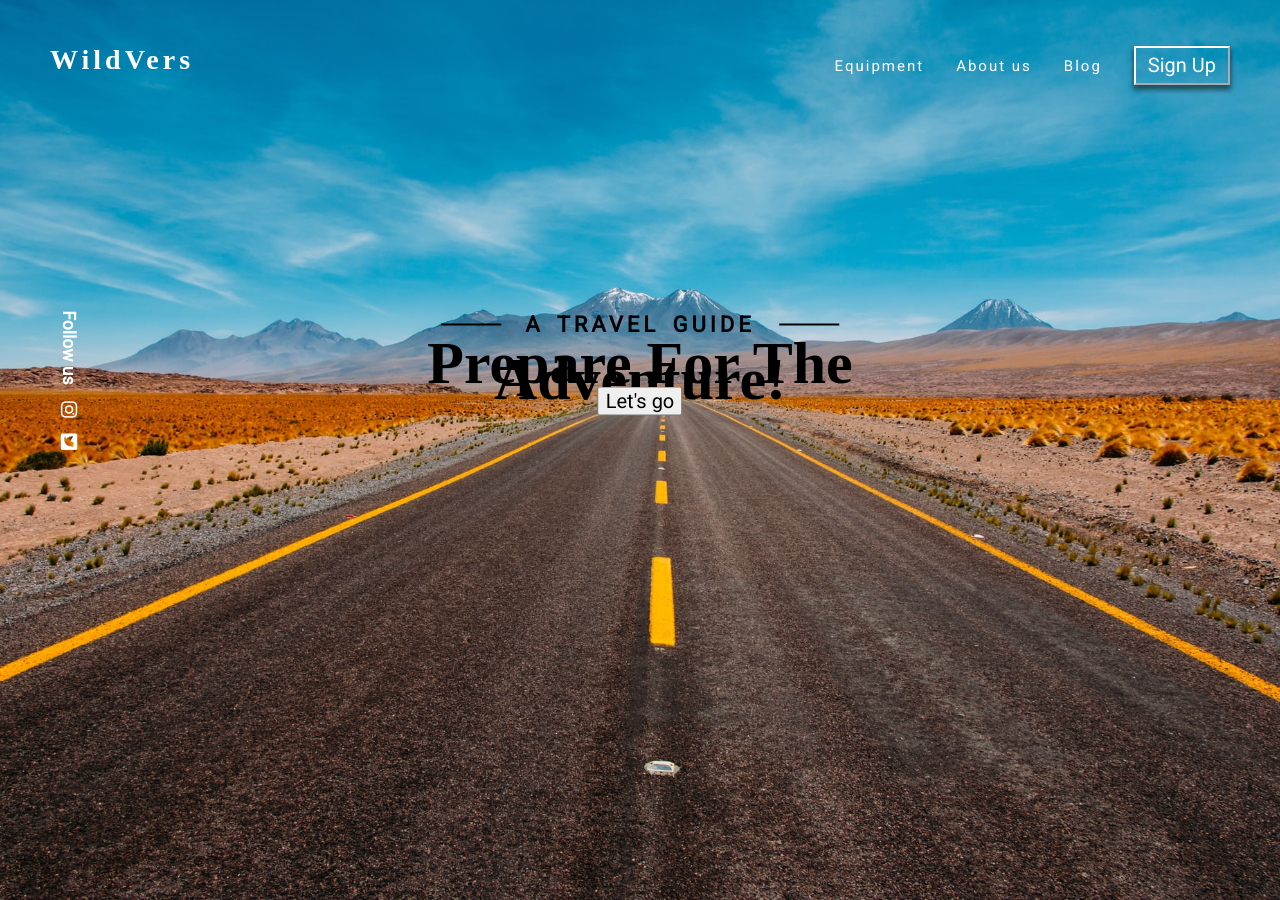
Repository: Hunga9k50doker/wildver-travel
Page: src/index.html
These files come from the project's save history. The page is drawn as it stood at one moment and after the next save; the edit follows.
The browser window is 1280 px wide. The pictures show the whole page.
Some web fonts or font styles are not loaded; a fallback is used. The style sheet was rebuilt from its Sass, Less or Tailwind sources for each picture, by a compiler version that may differ from the author's.

Above is the page before, as saved 2021-08-26 00:27:36.

### src/index.html
<!DOCTYPE html>
<html lang="en">
<head>
    <meta charset="UTF-8">
    <meta http-equiv="X-UA-Compatible" content="IE=edge">
    <meta name="viewport" content="width=device-width, initial-scale=1.0">
    <link href="https://fonts.googleapis.com/css2?family=Hina+Mincho&family=Roboto&display=swap" rel="stylesheet">
    <link rel="stylesheet" href="public/css/normalize.min.css">
    <link rel="stylesheet" href="public/css/grid.css">
    <link rel="stylesheet" href="public/css/base.css">
    <link rel="stylesheet" href="public/css/header.css">
    <link rel="stylesheet" href="public/vendor/fontawesome-free-5.15.3-web/css/all.min.css">
    <title>Document</title>
</head>
<body>
    <div class="app">
        <section class="header">
            <section class="header_nav">
                <h1 class="header_nav-home">WildVers</h1>
                <div class="header_nav-body">
                    <a href="/" class="header_nav-body-item">Equipment</a>
                    <a href="/" class="header_nav-body-item">About us</a>
                    <a href="/" class="header_nav-body-item">Blog</a>
                    <button class="header_nav-body-res">Sign Up</button>
                </div>
            </section>
            <section class="header_contain">
                <div class="header_contain-follow">
                    <p>Follow us</p>
                   <a href="/">
                       <i class="fab fa-instagram"></i>
                   </a>
                   <a href="/">
                       <i class="fab fa-twitter-square"></i>
                   </a>
                </div>
                <div class="header_contain-content">
                    <h3 class="header_contain-content-title">A travel guide</h3>
                    <h2>Prepare For The</h2>
                    <h2> Adventure!</h2>
                    <button>Let's go</button>
                </div>
            </section>
        </section>
        <section class="grip wide">

        </section>
    </div>
</body>
</html>

### src/public/css/normalize.min.css
html{line-height:1.15;-webkit-text-size-adjust:100%}body{margin:0}main{display:block}h1{font-size:2em;margin:.67em 0}hr{box-sizing:content-box;height:0;overflow:visible}pre{font-family:monospace,monospace;font-size:1em}a{background-color:transparent}abbr[title]{border-bottom:none;text-decoration:underline;text-decoration:underline dotted}b,strong{font-weight:bolder}code,kbd,samp{font-family:monospace,monospace;font-size:1em}small{font-size:80%}sub,sup{font-size:75%;line-height:0;position:relative;vertical-align:baseline}sub{bottom:-.25em}sup{top:-.5em}img{border-style:none}button,input,optgroup,select,textarea{font-family:inherit;font-size:100%;line-height:1.15;margin:0}button,input{overflow:visible}button,select{text-transform:none}[type=button],[type=reset],[type=submit],button{-webkit-appearance:button}[type=button]::-moz-focus-inner,[type=reset]::-moz-focus-inner,[type=submit]::-moz-focus-inner,button::-moz-focus-inner{border-style:none;padding:0}[type=button]:-moz-focusring,[type=reset]:-moz-focusring,[type=submit]:-moz-focusring,button:-moz-focusring{outline:1px dotted ButtonText}fieldset{padding:.35em .75em .625em}legend{box-sizing:border-box;color:inherit;display:table;max-width:100%;padding:0;white-space:normal}progress{vertical-align:baseline}textarea{overflow:auto}[type=checkbox],[type=radio]{box-sizing:border-box;padding:0}[type=number]::-webkit-inner-spin-button,[type=number]::-webkit-outer-spin-button{height:auto}[type=search]{-webkit-appearance:textfield;outline-offset:-2px}[type=search]::-webkit-search-decoration{-webkit-appearance:none}::-webkit-file-upload-button{-webkit-appearance:button;font:inherit}details{display:block}summary{display:list-item}template{display:none}[hidden]{display:none}
/*# sourceMappingURL=normalize.min.css.map */

### src/public/css/grid.css
.grid {
    width: 100%;
    display: block;
    padding: 0;
    margin: 0 auto;
}

.grid.wide {
    max-width: 1200px;
    margin: 0 auto;
}

.row {
    display: flex;
    flex-wrap: wrap;
    margin-left: -4px;
    margin-right: -4px;
}


.row.no-gutters {
    margin-left: 0;
    margin-right: 0;
}

.col {

    padding-left: 4px;
    padding-right: 4px;
}

.row.no-gutters .col {
    padding-left: 0;
    padding-right: 0;
}

.c-0 {
    display: none;
}

.c-1 {
    flex: 0 0 8.33333%;
    max-width: 8.33333%;
}

.c-2 {
    flex: 0 0 16.66667%;
    max-width: 16.66667%;
}

.c-3 {
    flex: 0 0 25%;
    max-width: 25%;
}

.c-4 {
    flex: 0 0 33.33333%;
    max-width: 33.33333%;
}

.c-5 {
    flex: 0 0 41.66667%;
    max-width: 41.66667%;
}

.c-6 {
    flex: 0 0 50%;
    max-width: 50%;
}

.c-7 {
    flex: 0 0 58.33333%;
    max-width: 58.33333%;
}

.c-8 {
    flex: 0 0 66.66667%;
    max-width: 66.66667%;
}

.c-9 {
    flex: 0 0 75%;
    max-width: 75%;
}

.c-10 {
    flex: 0 0 83.33333%;
    max-width: 83.33333%;
}

.c-11 {
    flex: 0 0 91.66667%;
    max-width: 91.66667%;
}

.c-12 {
    flex: 0 0 100%;
    max-width: 100%;
}

.c-o-1 {
    margin-left: 8.33333%;
}

.c-o-2 {
    margin-left: 16.66667%;
}

.c-o-3 {
    margin-left: 25%;
}

.c-o-4 {
    margin-left: 33.33333%;
}

.c-o-5 {
    margin-left: 41.66667%;
}

.c-o-6 {
    margin-left: 50%;
}

.c-o-7 {
    margin-left: 58.33333%;
}

.c-o-8 {
    margin-left: 66.66667%;
}

.c-o-9 {
    margin-left: 75%;
}

.c-o-10 {
    margin-left: 83.33333%;
}

.c-o-11 {
    margin-left: 91.66667%;
}

/* >= Tablet */
@media (min-width: 740px) {
    .row {
        margin-left: -8px;
        margin-right: -8px;
    }

    .col {
        padding-left: 8px;
        padding-right: 8px;
    }

    .m-0 {
        display: none;
    }

    .m-1,
    .m-2,
    .m-3,
    .m-4,
    .m-5,
    .m-6,
    .m-7,
    .m-8,
    .m-9,
    .m-10,
    .m-11,
    .m-12 {
        display: block;
    }

    .m-1 {
        flex: 0 0 8.33333%;
        max-width: 8.33333%;
    }

    .m-2 {
        flex: 0 0 16.66667%;
        max-width: 16.66667%;
    }

    .m-3 {
        flex: 0 0 25%;
        max-width: 25%;
    }

    .m-4 {
        flex: 0 0 33.33333%;
        max-width: 33.33333%;
    }

    .m-5 {
        flex: 0 0 41.66667%;
        max-width: 41.66667%;
    }

    .m-6 {
        flex: 0 0 50%;
        max-width: 50%;
    }

    .m-7 {
        flex: 0 0 58.33333%;
        max-width: 58.33333%;
    }

    .m-8 {
        flex: 0 0 66.66667%;
        max-width: 66.66667%;
    }

    .m-9 {
        flex: 0 0 75%;
        max-width: 75%;
    }

    .m-10 {
        flex: 0 0 83.33333%;
        max-width: 83.33333%;
    }

    .m-11 {
        flex: 0 0 91.66667%;
        max-width: 91.66667%;
    }

    .m-12 {
        flex: 0 0 100%;
        max-width: 100%;
    }

    .m-o-1 {
        margin-left: 8.33333%;
    }

    .m-o-2 {
        margin-left: 16.66667%;
    }

    .m-o-3 {
        margin-left: 25%;
    }

    .m-o-4 {
        margin-left: 33.33333%;
    }

    .m-o-5 {
        margin-left: 41.66667%;
    }

    .m-o-6 {
        margin-left: 50%;
    }

    .m-o-7 {
        margin-left: 58.33333%;
    }

    .m-o-8 {
        margin-left: 66.66667%;
    }

    .m-o-9 {
        margin-left: 75%;
    }

    .m-o-10 {
        margin-left: 83.33333%;
    }

    .m-o-11 {
        margin-left: 91.66667%;
    }
}

/* PC medium resolution > */
@media (min-width: 1113px) {
    .row {
        margin-left: -12px;
        margin-right: -12px;
    }

    .row.sm-gutter {
        margin-left: -5px;
        margin-right: -5px;
    }

    .col {
        padding-left: 12px;
        padding-right: 12px;
    }

    .row.sm-gutter .col {
        padding-left: 5px;
        padding-right: 5px;
    }

    .l-0 {
        display: none;
    }

    .l-1,
    .l-2,
    .l-2-4,
    .l-3,
    .l-4,
    .l-5,
    .l-6,
    .l-7,
    .l-8,
    .l-9,
    .l-10,
    .l-11,
    .l-12 {
        display: block;
    }

    .l-1 {
        flex: 0 0 8.33333%;
        max-width: 8.33333%;
    }

    .l-2 {
        flex: 0 0 16.66667%;
        max-width: 16.66667%;
    }

    .l-2-4 {
        flex: 0 0 20%;
        max-width: 20%;
    }

    .l-3 {
        flex: 0 0 25%;
        max-width: 25%;
    }

    .l-4 {
        flex: 0 0 33.33333%;
        max-width: 33.33333%;
    }

    .l-5 {
        flex: 0 0 41.66667%;
        max-width: 41.66667%;
    }

    .l-6 {
        flex: 0 0 50%;
        max-width: 50%;
    }

    .l-7 {
        flex: 0 0 58.33333%;
        max-width: 58.33333%;
    }

    .l-8 {
        flex: 0 0 66.66667%;
        max-width: 66.66667%;
    }

    .l-9 {
        flex: 0 0 75%;
        max-width: 75%;
    }

    .l-10 {
        flex: 0 0 83.33333%;
        max-width: 83.33333%;
    }

    .l-11 {
        flex: 0 0 91.66667%;
        max-width: 91.66667%;
    }

    .l-12 {
        flex: 0 0 100%;
        max-width: 100%;
    }

    .l-o-1 {
        margin-left: 8.33333%;
    }

    .l-o-2 {
        margin-left: 16.66667%;
    }

    .l-o-3 {
        margin-left: 25%;
    }

    .l-o-4 {
        margin-left: 33.33333%;
    }

    .l-o-5 {
        margin-left: 41.66667%;
    }

    .l-o-6 {
        margin-left: 50%;
    }

    .l-o-7 {
        margin-left: 58.33333%;
    }

    .l-o-8 {
        margin-left: 66.66667%;
    }

    .l-o-9 {
        margin-left: 75%;
    }

    .l-o-10 {
        margin-left: 83.33333%;
    }

    .l-o-11 {
        margin-left: 91.66667%;
    }
}

/* Tablet - PC low resolution */
@media (min-width: 740px) and (max-width: 1023px) {
    .wide {
        width: 644px;
    }
}

/* > PC low resolution */
@media (min-width: 1024px) and (max-width: 1239px) {
    .wide {
        width: 984px;
    }

    .wide .row {
        margin-left: -12px;
        margin-right: -12px;
    }

    .wide .row.sm-gutter {
        margin-left: -5px;
        margin-right: -5px;
    }

    .wide .col {
        padding-left: 12px;
        padding-right: 12px;
    }

    .wide .row.sm-gutter .col {
        padding-left: 5px;
        padding-right: 5px;
    }

    .wide .l-0 {
        display: none;
    }

    .wide .l-1,
    .wide .l-2,
    .wide .l-2-4,
    .wide .l-3,
    .wide .l-4,
    .wide .l-5,
    .wide .l-6,
    .wide .l-7,
    .wide .l-8,
    .wide .l-9,
    .wide .l-10,
    .wide .l-11,
    .wide .l-12 {
        display: block;
    }

    .wide .l-1 {
        flex: 0 0 8.33333%;
        max-width: 8.33333%;
    }

    .wide .l-2 {
        flex: 0 0 16.66667%;
        max-width: 16.66667%;
    }

    .wide .l-2-4 {
        flex: 0 0 20%;
        max-width: 20%;
    }

    .wide .l-3 {
        flex: 0 0 25%;
        max-width: 25%;
    }

    .wide .l-4 {
        flex: 0 0 33.33333%;
        max-width: 33.33333%;
    }

    .wide .l-5 {
        flex: 0 0 41.66667%;
        max-width: 41.66667%;
    }

    .wide .l-6 {
        flex: 0 0 50%;
        max-width: 50%;
    }

    .wide .l-7 {
        flex: 0 0 58.33333%;
        max-width: 58.33333%;
    }

    .wide .l-8 {
        flex: 0 0 66.66667%;
        max-width: 66.66667%;
    }

    .wide .l-9 {
        flex: 0 0 75%;
        max-width: 75%;
    }

    .wide .l-10 {
        flex: 0 0 83.33333%;
        max-width: 83.33333%;
    }

    .wide .l-11 {
        flex: 0 0 91.66667%;
        max-width: 91.66667%;
    }

    .wide .l-12 {
        flex: 0 0 100%;
        max-width: 100%;
    }

    .wide .l-o-1 {
        margin-left: 8.33333%;
    }

    .wide .l-o-2 {
        margin-left: 16.66667%;
    }

    .wide .l-o-3 {
        margin-left: 25%;
    }

    .wide .l-o-4 {
        margin-left: 33.33333%;
    }

    .wide .l-o-5 {
        margin-left: 41.66667%;
    }

    .wide .l-o-6 {
        margin-left: 50%;
    }

    .wide .l-o-7 {
        margin-left: 58.33333%;
    }

    .wide .l-o-8 {
        margin-left: 66.66667%;
    }

    .wide .l-o-9 {
        margin-left: 75%;
    }

    .wide .l-o-10 {
        margin-left: 83.33333%;
    }

    .wide .l-o-11 {
        margin-left: 91.66667%;
    }
}

### src/resources/scss/base.scss
@import "variables";

*{
    font-size: 62.5%;
    box-sizing: inherit;
}
html{
    margin: 0;
    padding: 0;
    line-height: 1.6rem;
    box-sizing: border-box;
    font-family: 'Roboto', sans-serif;
}
h1,h2{
    font-family: 'Besley', serif;
}

a{
    color: $white-color;
    text-decoration: none;
}

### src/resources/scss/_variables.scss
$orange-color: #ff6b00;
$white-color: #fff;
$text-color: #e2ddd6;
$waxen-color: #f9caa9;
$black-color: #030101;

### src/resources/scss/header.scss
@import "variables";

.header{
    position: relative;
    background: url(/src/public/img/bg2.jpg) ;
    width: 100%;
    min-width: 500px;
    height: 900px;
    min-height:500px;
    background-position: center;
    background-repeat: no-repeat;
    background-size: cover;
    // z-index: -1;
    &_nav{
        display:flex;
        color: $white-color;
        padding: 4.6rem 5rem 0 5rem;
        &-home{
            flex: 1;
            margin: 0;
            font-size: 2.8rem;
            letter-spacing:4px;
            line-height:100%;
            cursor: pointer;
        }
        &-body{
            display:flex;
            align-items:center;
            justify-content: center;
            font-size: 2.4rem;
            letter-spacing:2px;
            &-item{
                color:$white-color;
                margin:0 1.6rem;
                transform: scale(1);
                &:hover{
                    color: $orange-color;
                    transform: scale(1.1);
                    transition:transform 0.3s;
                }
            }
            button{
                font-size: 2rem;
                padding:6px 1.2rem;
                margin-left: 1.6rem;
                background:transparent;
                color:$white-color;
                border-color: $white-color;
                border-style: solid 2px;
                cursor: pointer;
                box-shadow: 0 4px 5px 1px rgba(0,0,0,0.5);
                transform: translateY(0);
                transition:transform 0.3s linear;
                &:hover{
                    background: $orange-color;
                    box-shadow: 0 0px 5px 1px rgba(0,0,0,0.5);
                    transform: translateY(4px);
                    transition:transform 0.3s linear;
                }
            }
        }

    }

    &_contain{
        position: relative;
        display:flex;
        align-items:center;
        justify-content: center;
        left: 0;
        top: 30%;
        transform: translateY(-70%);
        &-follow{
            position: absolute;
            top: 0;
            left:0;
            font-size: 2.8rem;
            font-weight: 700;
            display:flex;
            align-items:center;
            justify-content: center;
            color:$white-color;
            transform:rotate(90deg);
            margin:0;
            a:nth-child(2){
                margin:0 16px;
            }
            a{
                font-size: 3rem;
                transform: scale(1);
                transition: transform 0.3s;
                cursor: pointer;
                &:hover{
                     color:$orange-color;
                     transform: scale(1.1);
                     transition: transform 0.3s;
                 }
            }
        }
        &-content{
            position: absolute;
            top: 50%;
            left:50%;
            transform: translate(-50%,-50%);
            font-size: 2rem;
            display:flex;
            flex-direction: column;
            align-items:center;
            justify-content: center;
            &-title{
                position: relative;
                font-size: 2.2rem;
                color: $black-color;
                word-spacing: 4px;
                letter-spacing: 4px;
                text-transform: uppercase;
                &:after{
                    content: " ";
                    position: absolute;
                    width:6rem;
                    height:2px;
                    top: 50%;
                    transform: translateY(-50%);
                    right: -8.4rem;
                    background: #000;

                }
                &::before{
                    content: " ";
                    position: absolute;
                    width:6rem;
                    height:2px;
                    top: 50%;
                    transform: translateY(-50%);
                    left: -8.4rem;
                    background: #000;

                }
            }
            h2{
                font-size:6rem;
                margin:0;
                &:first-child{
                    margin-top: 4rem;
                }
            }
        }
    }
}

Loaded but not shown: src/public/vendor/fontawesome-free-5.15.3-web/css/all.min.css (library)

After the next save:
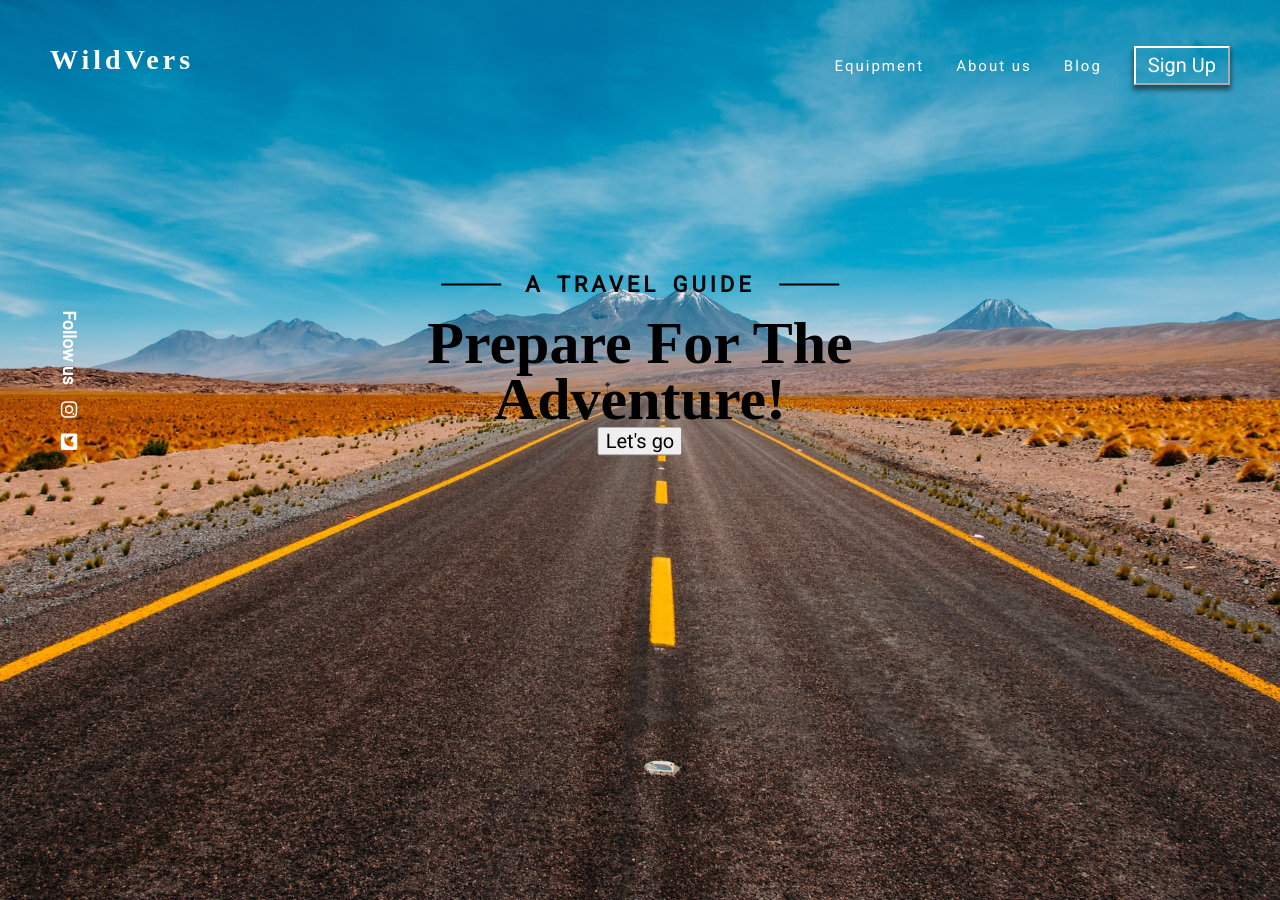
Saved 10 s later.
--- a/src/resources/scss/header.scss
+++ b/src/resources/scss/header.scss
@@ -139,7 +139,7 @@
             }
             h2{
                 font-size:6rem;
-                margin:0;
+                margin:2rem;
                 &:first-child{
                     margin-top: 4rem;
                 }
